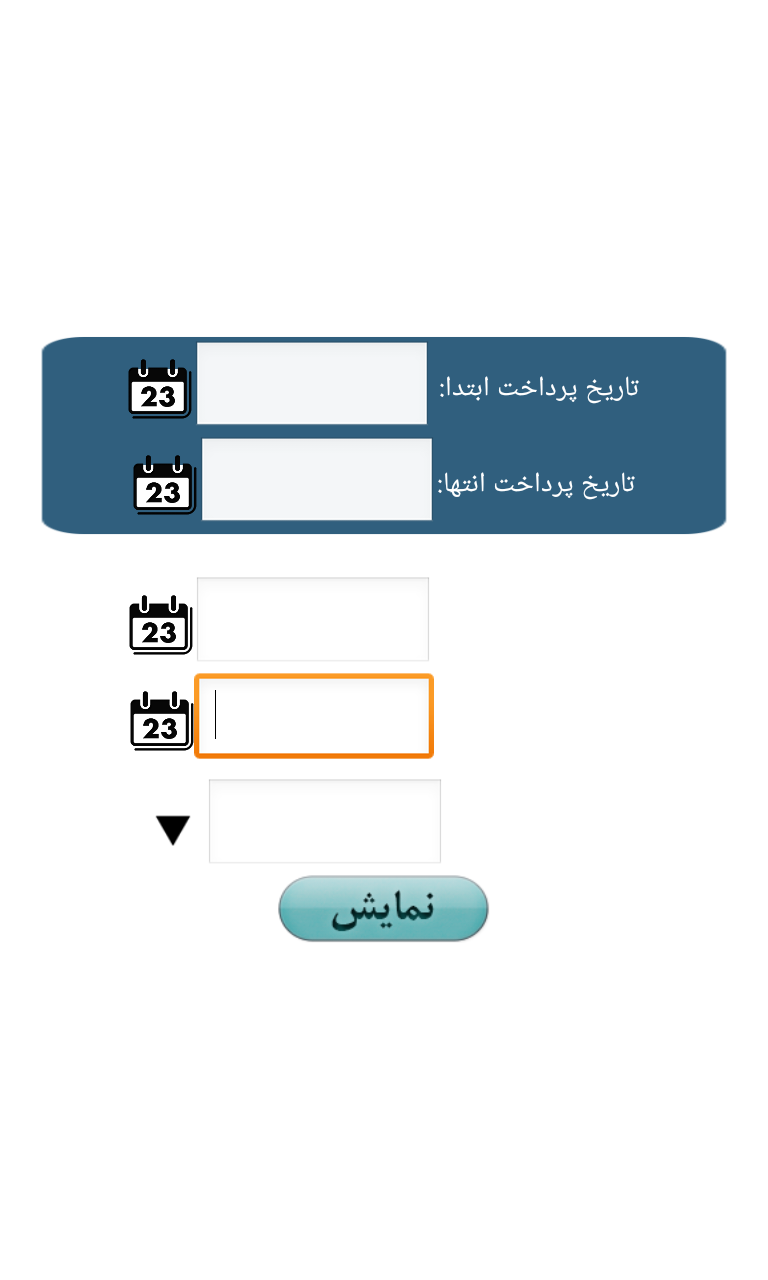
Repository: AtiehPardaz/Reports-Mobile
Layout: Reportsmobile/res/layout/frg_khazane_asnaddaryafti.xml
The author's editor kept a copy of each file at every save. The layout is drawn from the files as they stood at one save, then again after the next save.
It is drawn on a 768 x 1280 px phone screen (xhdpi) without system bars, with theme Theme.behzad; the app's code is not run.

Above is the layout before, as saved 2015-03-11 13:54:55.

After the next save:
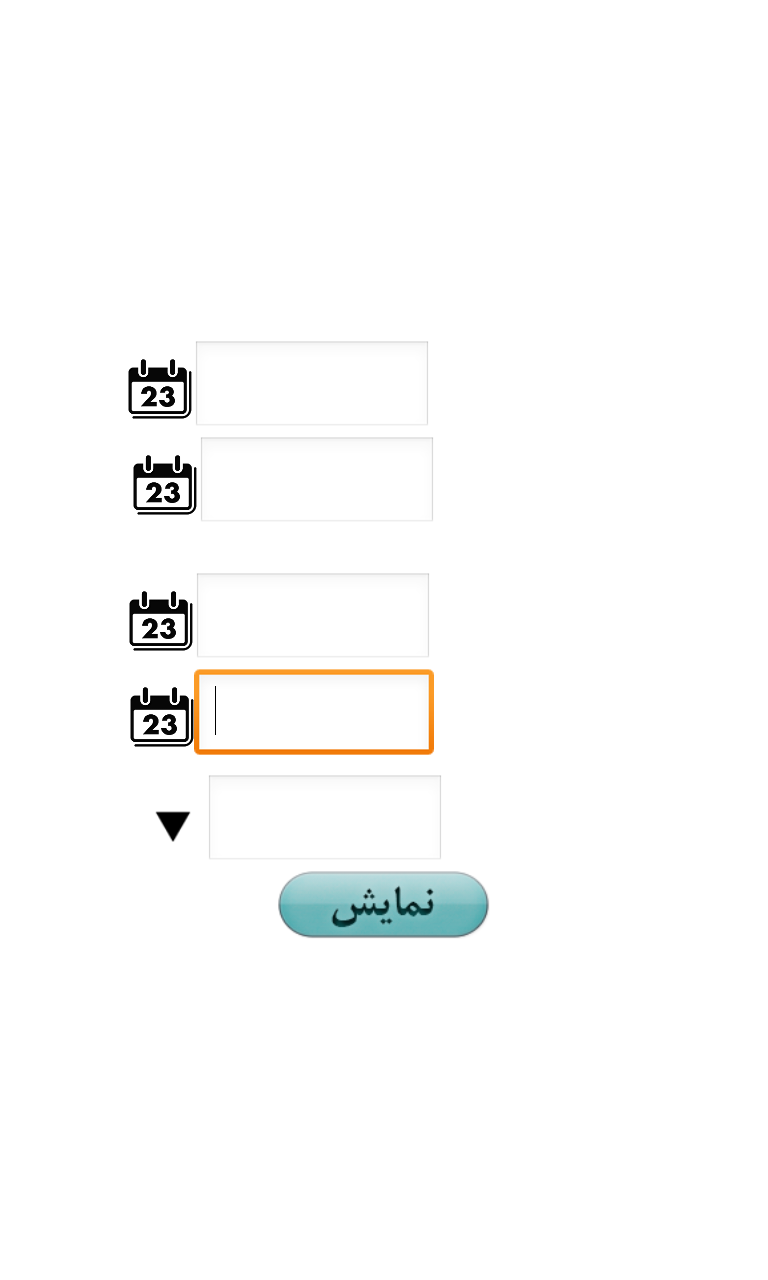
Saved 41 s later.
--- a/Reportsmobile/res/layout/frg_khazane_asnaddaryafti.xml
+++ b/Reportsmobile/res/layout/frg_khazane_asnaddaryafti.xml
@@ -7,78 +7,68 @@
     android:orientation="vertical" >
 
     <LinearLayout
-        android:layout_width="match_parent"
-        android:layout_height="100dp"
-        android:layout_gravity="center"
-        android:layout_marginLeft="20dp"
-        android:layout_marginRight="20dp"
-        android:background="@drawable/backitem"
-        android:gravity="center"
-        android:orientation="vertical" >
+        android:layout_width="wrap_content"
+        android:layout_height="wrap_content"
+        android:gravity="right" >
 
-        <LinearLayout
+        <ImageButton
+            android:id="@+id/imgbtn_date_pardakhtebteda_khazane"
+            android:layout_width="32dp"
+            android:layout_height="32dp"
+            android:layout_gravity="center"
+            android:background="@drawable/ic_action_date" />
+
+        <EditText
+            android:id="@+id/et_date_pardakhtebteda_khazane"
+            android:layout_width="120dp"
+            android:layout_height="wrap_content"
+            android:layout_gravity="center"
+            android:inputType="date" >
+
+            <requestFocus />
+        </EditText>
+
+        <TextView
+            android:id="@+id/TextView01"
             android:layout_width="wrap_content"
             android:layout_height="wrap_content"
-            android:gravity="right" >
+            android:layout_gravity="right|center"
+            android:gravity="right"
+            android:text="تاریخ پرداخت ابتدا: "
+            android:textAppearance="?android:attr/textAppearanceLarge"
+            android:textColor="#ffffff"
+            android:textSize="14sp" />
+    </LinearLayout>
 
-            <ImageButton
-                android:id="@+id/imgbtn_date_pardakhtebteda_khazane"
-                android:layout_width="32dp"
-                android:layout_height="32dp"
-                android:layout_gravity="center"
-                android:background="@drawable/ic_action_date" />
+    <LinearLayout
+        android:layout_width="wrap_content"
+        android:layout_height="wrap_content"
+        android:gravity="right" >
 
-            <EditText
-                android:id="@+id/et_date_pardakhtebteda_khazane"
-                android:layout_width="120dp"
-                android:layout_height="wrap_content"
-                android:layout_gravity="center"
-                android:layout_weight="1"
-                android:inputType="date" />
+        <ImageButton
+            android:id="@+id/imgbtn_date_pardakhtenteha_khazane"
+            android:layout_width="32dp"
+            android:layout_height="32dp"
+            android:layout_gravity="center"
+            android:background="@drawable/ic_action_date" />
 
-            <TextView
-                android:id="@+id/TextView01"
-                android:layout_width="wrap_content"
-                android:layout_height="wrap_content"
-                android:layout_gravity="right|center"
-                android:gravity="right"
-                android:text="تاریخ پرداخت ابتدا: "
-                android:textAppearance="?android:attr/textAppearanceLarge"
-                android:textColor="#ffffff"
-                android:textSize="14sp" />
-        </LinearLayout>
+        <EditText
+            android:id="@+id/et_date_pardakhtenteha_khazane"
+            android:layout_width="120dp"
+            android:layout_height="wrap_content"
+            android:layout_gravity="center"
+            android:inputType="date" />
 
-        <LinearLayout
+        <TextView
+            android:id="@+id/tv_todatedaryafti_khazane"
             android:layout_width="wrap_content"
             android:layout_height="wrap_content"
-            android:gravity="right" >
-
-            <ImageButton
-                android:id="@+id/imgbtn_date_pardakhtenteha_khazane"
-                android:layout_width="32dp"
-                android:layout_height="32dp"
-                android:layout_gravity="center"
-                android:background="@drawable/ic_action_date" />
-
-            <EditText
-                android:id="@+id/et_date_pardakhtenteha_khazane"
-                android:layout_width="120dp"
-                android:layout_height="wrap_content"
-                android:layout_gravity="center"
-                android:layout_weight="1"
-                android:inputType="date" />
-
-            <TextView
-                android:id="@+id/tv_todatedaryafti_khazane"
-                android:layout_width="wrap_content"
-                android:layout_height="wrap_content"
-                android:layout_gravity="right|center"
-                android:gravity="right"
-                android:text="تاریخ پرداخت انتها:"
-                android:textAppearance="?android:attr/textAppearanceLarge"
-                android:textColor="#ffffff"
-                android:textSize="14sp" />
-        </LinearLayout>
+            android:layout_gravity="right|center"
+            android:gravity="right"
+            android:text="تاریخ پرداخت انتها:"
+            android:textAppearance="?android:attr/textAppearanceLarge"
+            android:textColor="#ffffff"
+            android:textSize="14sp" />
     </LinearLayout>
 
     <LinearLayout
